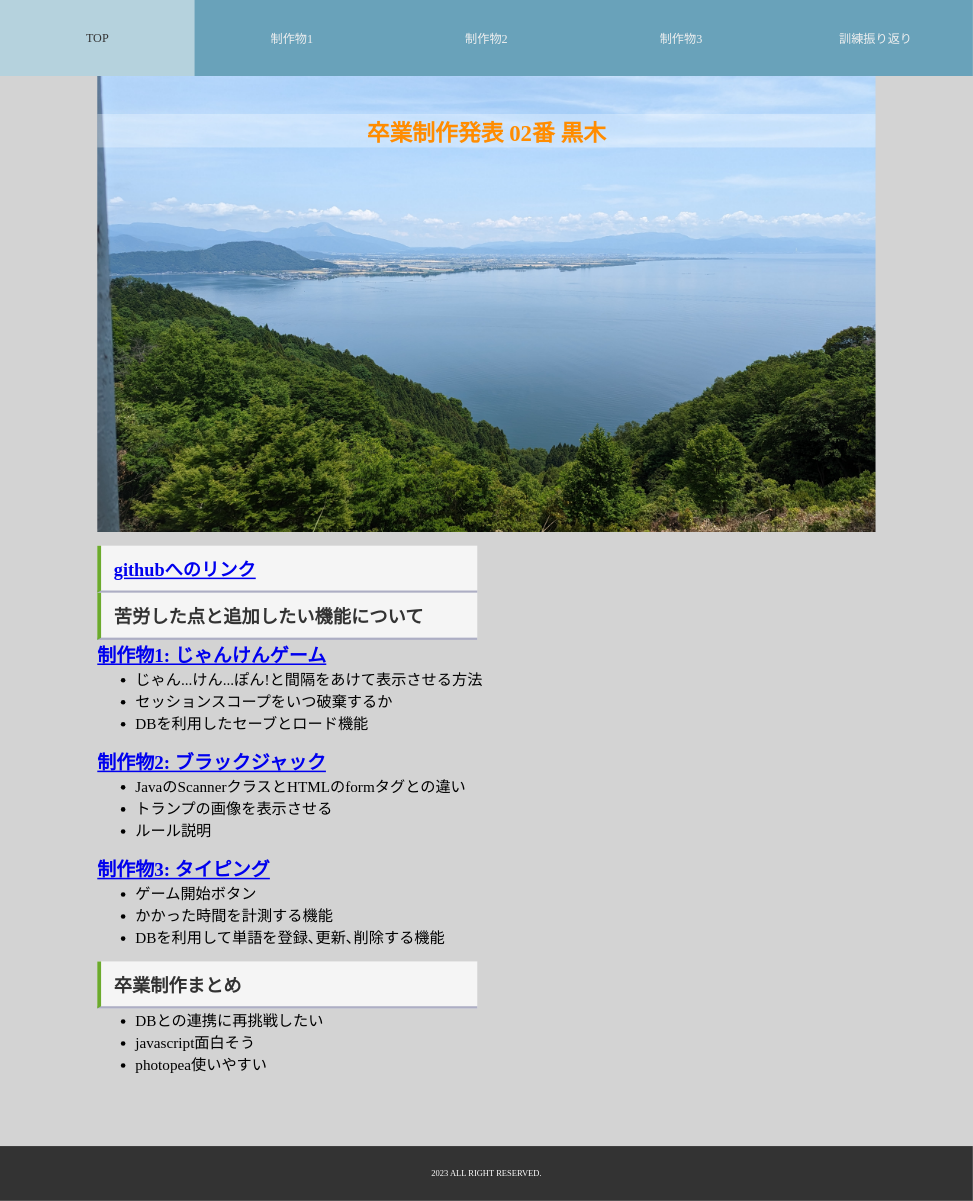
Repository: yuki-kuro/portfolio
Page: BJServletRensyu2/src/main/webapp/卒業制作/index.html
The author's editor kept a copy of each file at every save. The page is drawn from the files as they stood at one save, then again after the next save.
The browser window is 1280 px wide. The pictures show the whole page, at 76% of full size.

Above is the page before, as saved 2023-06-27 03:25:30.

### BJServletRensyu2/src/main/webapp/卒業制作/index.html
<!DOCTYPE html>
<html lang="ja">

<head>
  <meta charset="UTF-8">
  <meta name="viewport" content="width=device-width, initial-scale=1.0">
  <link rel="stylesheet" href="css/sotugyouseisaku.css">
  <link rel="stylesheet" href="css/kyoutuu.css">
  <title>卒業制作 02番 黒木</title>
  <script src="https://code.jquery.com/jquery-3.6.0.min.js"
    integrity="sha256-/xUj+3OJU5yExlq6GSYGSHk7tPXikynS7ogEvDej/m4=" crossorigin="anonymous"></script>
  <script src="js/hamb.js"></script>
</head>

<body>
  <button type="button" class="btn js-btn">
    <span class="btn-line"></span>
  </button>
  <nav>
    <ul class="menu">
      <li class="menu-list" onclick="window.location.href='index.html'">TOP</li>
      <li class="menu-list" onclick="window.location.href='http://localhost:8080/JankenServletGame/JankenServlet'">制作物1</li>
      <li class="menu-list" onclick="window.location.href='http://localhost:8080/BJServletRensyu2/BlackjackServlet'">制作物2</li>
      <li class="menu-list" onclick="window.location.href='http://localhost:8080/TypingGame/TypingGameServlet'">制作物3</li>
      <li class="menu-list" onclick="window.location.href='furikaeri.html'">訓練振り返り</li>
    </ul>
  </nav>
  <div class="wrapper">
	  <br><br>
    <h1 class="toppage"><span class="midashi">卒業制作発表 02番 黒木</span></h1>
    <br>
    <h2><a href="https://github.com/yuki-kuro/portfolio.git">githubへのリンク</a></h2>
        <h2>苦労した点と追加したい機能について</h2>
    <h3><a href="http://localhost:8080/JankenServletGame/JankenServlet">制作物1: じゃんけんゲーム</a></h3>

    <ul class="setumei" class="setumei">
		<li>じゃん...けん...ぽん!と間隔をあけて表示させる方法</li>
		<li>セッションスコープをいつ破棄するか</li>
		<li>DBを利用したセーブとロード機能</li>
    </ul>
    <br>
    <h3><a href="http://localhost:8080/BJServletRensyu2/BlackjackServlet">制作物2: ブラックジャック</a></h3>
    <ul class="setumei">
		<li>JavaのScannerクラスとHTMLのformタグとの違い</li>
		<li>トランプの画像を表示させる</li>
		<li>ルール説明 </li>
    </ul>
    <br>
    <h3><a href="http://localhost:8080/TypingGame/TypingGameServlet">制作物3: タイピング</a></h3>
    <ul class="setumei">
		<li>ゲーム開始ボタン</li>
		<li>かかった時間を計測する機能</li>
		<li>DBを利用して単語を登録､更新､削除する機能</li>
    </ul>
    <br>
    <h2>卒業制作まとめ</h2>
       <ul class="setumei">
		<li>DBとの連携に再挑戦したい</li>
		<li>javascript面白そう</li>
		<li>photopea使いやすい</li>
    </ul>
  </div>


  <footer>
    <p>2023 ALL RIGHT RESERVED.</p>
  </footer>
</body>

</html>

### BJServletRensyu2/src/main/webapp/卒業制作/css/sotugyouseisaku.css
/* リセットCSS */

h1.toppage{
	width: 100%;
	font-size: 30px;
	text-align: center;
	background-image: url(../images/tuzuraozaki.jpg);
	background-size:cover;
	background-repeat: no-repeat;
	background-position: center;
	color: darkorange;
	padding: 300px 0;
  }
  .midashi{
	background-color:rgba(255, 255, 255, 0.3); ;
	width: 100%;
	display: block;
	margin-top: -250px;
  }
/*  .github{*/
/*margin-left: 50px;*/
/*font-size: 20px;*/
/*  }*/
  .setumei {
margin-left: 50px;
font-size: 20px;
  }
h2{
	padding: .5em .7em;
    border-left: 5px solid #6baa2c;
    border-bottom: 3px solid #adaec4;
    background-color: whitesmoke;
    color: #333333;
    width: 500px;
}
h3{
	font-size: 25px;
}
.hitokoto{
	margin-left: 50px;
font-size: 20px;
}
.hikonyann{
	    max-width: 50%;
/*    max-height: 100%;*/

}
.hikonyann-container{
		    display: flex;
    justify-content: center;
    align-items: center;
    height: auto;
}

### BJServletRensyu2/src/main/webapp/卒業制作/css/kyoutuu.css
* {
	box-sizing: border-box;
	margin: 0;
	padding: 0;
}
::before , ::after {
	box-sizing: inherit;
}
body{
	background-color:lightgray;
	margin: 0;
  padding: 0;
  display: flex;
  flex-direction: column;
  min-height: 100vh;
}
.content {
  flex-grow: 1;
}
.wrapper{
	width: 80%;
	margin: 5% auto;

  }
  h1.gametitle {
  position: relative; /* 要素の位置を相対的に指定 */
  display: inline-block; /* 要素をインラインブロックとして表示 */
  padding: 1rem 2rem 1rem 4rem; /* 上右下左の余白を指定 */
  color: #fff; /* テキストの色を白に指定 */
  border-radius: 100vh 0 0 100vh; /* 要素の角の丸みを指定 */
  background: darkorange; /* 背景色を赤に指定 */

}

h1.gametitle:before {
  position: absolute; /* 要素の位置を絶対的に指定 */
  top: calc(50% - 7px); /* 要素の上端を親要素の中央に配置 */
  left: 10px; /* 要素の左端を親要素からの距離10ピクセルに配置 */
  width: 14px; /* 要素の幅を14ピクセルに指定 */
  height: 14px; /* 要素の高さを14ピクセルに指定 */
  content: ''; /* 疑似要素の内容を空に指定 */
  border-radius: 50%; /* 疑似要素の角の丸みを50%に指定 */
  background: lightgray; /* 疑似要素の背景色を薄いグレーに指定 */
}
.hajimekara {
	display: block;
	text-align: center;
	vertical-align: middle;
	text-decoration: none;
	width: 150px;
	margin: auto;
	padding: 0.5rem;
	font-weight: bold;
	font-size: 14px;
	border: 2px solid #27acd9;
	background: #27acd9;
	color: #fff;
	border-radius: 100vh;
	transition: 0.5s;
	cursor: pointer;
}
.hajimekara:hover {
	color: #27acd9;
	background: #fff;
}

  button {
	margin: 0;
	padding: 0;
	outline: 0;
	border: 0;
	border-radius: 0;
	background: transparent;
	color: inherit;
	vertical-align: middle;
	text-align: inherit;
	font: inherit;
	-webkit-appearance: none;
	appearance: none;
}
/**************** 以下、ハンバーガーボタンのスタイリング ****************/
.btn {
	/* ボタンの配置位置  */
	position: fixed;
	top: 32px;
	right: 16px;
	/* 最前面に */
	z-index: 10;
	/* ボタンの大きさ  */
	width: 48px;
	height: 48px;
}
/***** 真ん中のバーガー線 *****/
.btn-line {
	display: block;
	/* バーガー線の位置基準として設定 */
	position: relative;
	/* 線の長さと高さ */
	width: 100%;
	height: 4px;
	/* バーガー線の色 */
	background-color: #333;
	transition: .2s;
}
/***** 上下のバーガー線 *****/
.btn-line::before , .btn-line::after {
	content: "";
	/* 基準線と同じ大きさと色 */
	position: absolute;
	width: 100%;
	height: 100%;
	background-color: #333;
	transition: .5s;
}
.btn-line::before {
	/* 上の線の位置 */
	transform: translateY(-16px);
}
.btn-line::after {
	/* 下の線の位置 */
	transform: translateY(16px);
}
/***** メニューオープン時 *****/
.btn-line.open {
	/* 真ん中の線を透明に */
	background-color: transparent;
}
.btn-line.open::before , .btn-line.open::after {
	content: "";
	background-color: #333;
	transition: .2s;
}
.btn-line.open::before {
	/* 上の線を傾ける */
	transform: rotate(45deg);
}
.btn-line.open::after {
	/* 上の線を傾ける */
	transform: rotate(-45deg);
}
/**************** ここまで、ハンバーガーボタンのスタイリング ****************/
/**************** 以下、メニューのスタイリング ****************/
.menu {
	/* メニューを縦に */
	display: flex;
	flex-direction: column;
	position: fixed;
	/* メニューの位置マイナス指定で画面外に */
	right: -70%;
	width: 70%;
	height: 100vh;
    /* メニューの背景色はここで設定 */
	background-color: rgba(79, 151, 180, 0.8);
	color: #efefef;
	transition: .3s;
	z-index: 999;
}
.menu-list {
	/* メニューテキスト位置をリスト内中心に */
	display: flex;
	align-items: center;
	justify-content: center;
	width: 100%;
	height: 100%;
}
.menu-list:hover {
	background-color: rgba(255, 255, 255, .5);
	color: #333;
	cursor: pointer;
	transition: .3s;
}
/***** メニューオープン時位置0にして画面内に *****/
.menu.open {
	position: absolute;
	right: 0;
}
/* ここがメディアクエリ・600px以上はハンバーガーボタン非表示、ヘッダー固定 */
@media screen and (min-width: 600px) {
	body{
		background-color: lightgray;
	}
	.btn {
		display: none;
	}
	.menu {
		/* メニューを横に */
		display: flex;
		flex-direction: row;
		position: fixed;
		top: 0;
		right: 0;
		width: 100%;
		height: 100px;
	}
}


  footer{
	background-color: #333;
	width: 100%;
	margin-top: 30px;
	padding: 30px 0;
	text-align: center;
  }

  footer p{
	font-size: 0.7em;
	color: #fff;
  }

### BJServletRensyu2/src/main/webapp/卒業制作/js/hamb.js
$(function () {
    $('.js-btn').on('click', function () {        // js-btnクラスをクリックすると、
      $('.menu , .btn-line').toggleClass('open'); // メニューとバーガーの線にopenクラスをつけ外しする
    })
  });

After the next save:
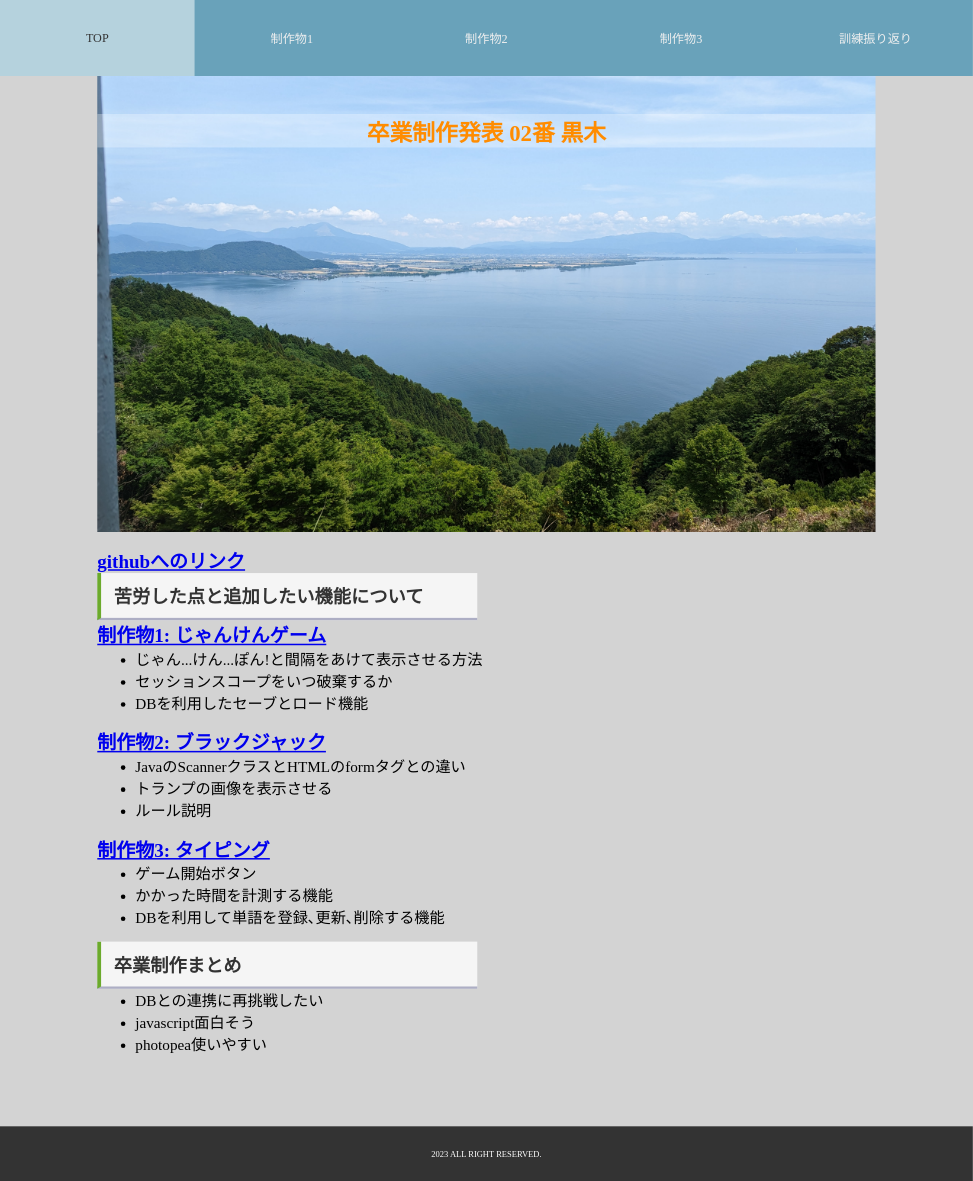
Saved 22 s later.
--- a/BJServletRensyu2/src/main/webapp/卒業制作/index.html
+++ b/BJServletRensyu2/src/main/webapp/卒業制作/index.html
@@ -29,7 +29,7 @@
 	  <br><br>
     <h1 class="toppage"><span class="midashi">卒業制作発表 02番 黒木</span></h1>
     <br>
-    <h2><a href="https://github.com/yuki-kuro/portfolio.git">githubへのリンク</a></h2>
+    <h3><a href="https://github.com/yuki-kuro/portfolio.git">githubへのリンク</a></h3>
         <h2>苦労した点と追加したい機能について</h2>
     <h3><a href="http://localhost:8080/JankenServletGame/JankenServlet">制作物1: じゃんけんゲーム</a></h3>
 
